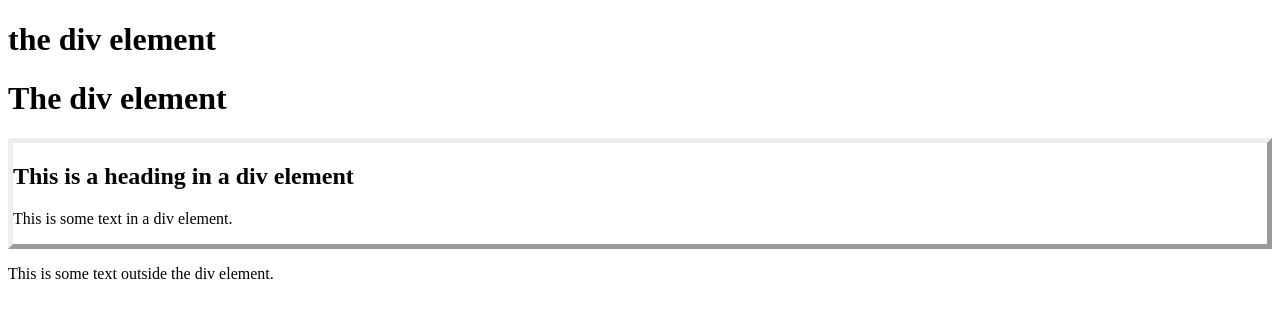
Repository: Fariaddd/codefactor-stylesheet
Page: index.html
An editor plug-in stored every save of this project. The page is shown before and after the next save, followed by the edit.
The browser window is 1280 px wide. The pictures show the whole page.

Above is the page before, as saved 2021-11-17 19:39:57.

### index.html
<!DOCTYPE html>
<html lang="en">
  <head>
    <meta charset="UTF-8" />
    <meta http-equiv="X-UA-Compatible" content="IE=edge" />
    <meta name="viewport" content="width=device-width, initial-scale=1.0" />
    <title>Document</title>
    <link rel="stylesheet" href="./styles/styles.css" />
  </head>
  <body>
    <h1> the div element</h1>


<h1>The div element</h1>

<div class="myDiv">
  <h2>This is a heading in a div element</h2>
  <p>This is some text in a div element.</p>
</div>

<p>This is some text outside the div element.</p>


    </nav>
  </body>
</html>

### styles/styles.css
.myDiv {
  border: 5px outset;
}

After the next save:
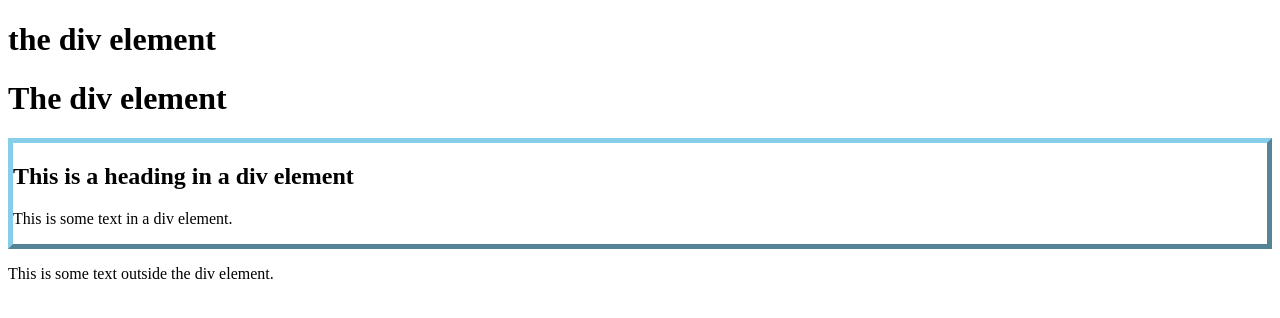
Saved 17 s later.
--- a/styles/styles.css
+++ b/styles/styles.css
@@ -1,3 +1,3 @@
 .myDiv {
-  border: 5px outset;
+  border: 5px outset skyblue;
 }
